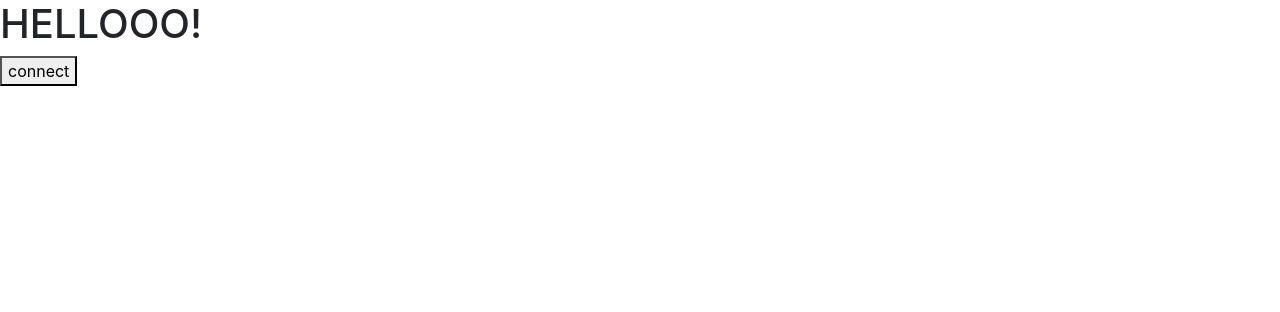
Repository: Hansol46/react-chat
Page: /
These files come from the project's save history. The page is drawn as it stood at one moment and after the next save; the edit follows.
The browser window is 1280 px wide. The pictures show the whole page.
The project was rebuilt for these pictures with package versions that can differ from the ones it lists, and the page was loaded fresh each time. Also part of the build but not shown: src/App.css.

Above is the page before, as saved 2020-09-06 21:48:45.

After the next save:
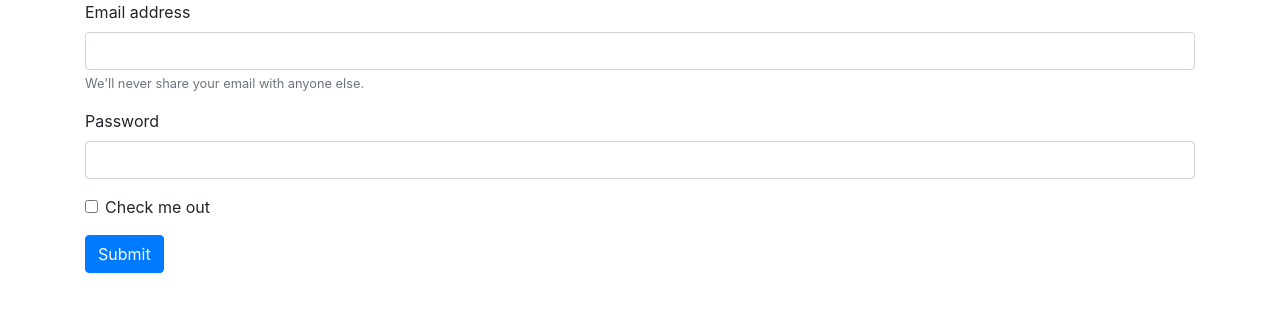
Saved 74 s later.
--- a/src/App.js
+++ b/src/App.js
@@ -1,22 +1,53 @@
-import React from 'react';
-import './App.css';
-import io from 'socket.io-client'
-
+import React from "react";
+import "./App.css";
+import io from "socket.io-client";
 
 // const socket = io('http://localhost:9999')
 
 function App() {
   const connectSocket = () => {
-    io('http://localhost:9999')
-  }
+    io("http://localhost:9999");
+  };
 
   return (
     <div className="App">
-      <div className='wrapper'>
-
+      <div className="container">
+        <form>
+          <div class="form-group">
+            <label for="exampleInputEmail1">Email address</label>
+            <input
+              type="email"
+              class="form-control"
+              id="exampleInputEmail1"
+              aria-describedby="emailHelp"
+            />
+            <small id="emailHelp" class="form-text text-muted">
+              We'll never share your email with anyone else.
+            </small>
+          </div>
+          <div class="form-group">
+            <label for="exampleInputPassword1">Password</label>
+            <input
+              type="password"
+              class="form-control"
+              id="exampleInputPassword1"
+            />
+          </div>
+          <div class="form-group form-check">
+            <input
+              type="checkbox"
+              class="form-check-input"
+              id="exampleCheck1"
+            />
+            <label class="form-check-label" for="exampleCheck1">
+              Check me out
+            </label>
+          </div>
+          <button type="submit" class="btn btn-primary">
+            Submit
+          </button>
+        </form>
       </div>
-      <h1>HELLOOO!</h1>
-      <button onClick={connectSocket}> connect </button>
     </div>
   );
 }
